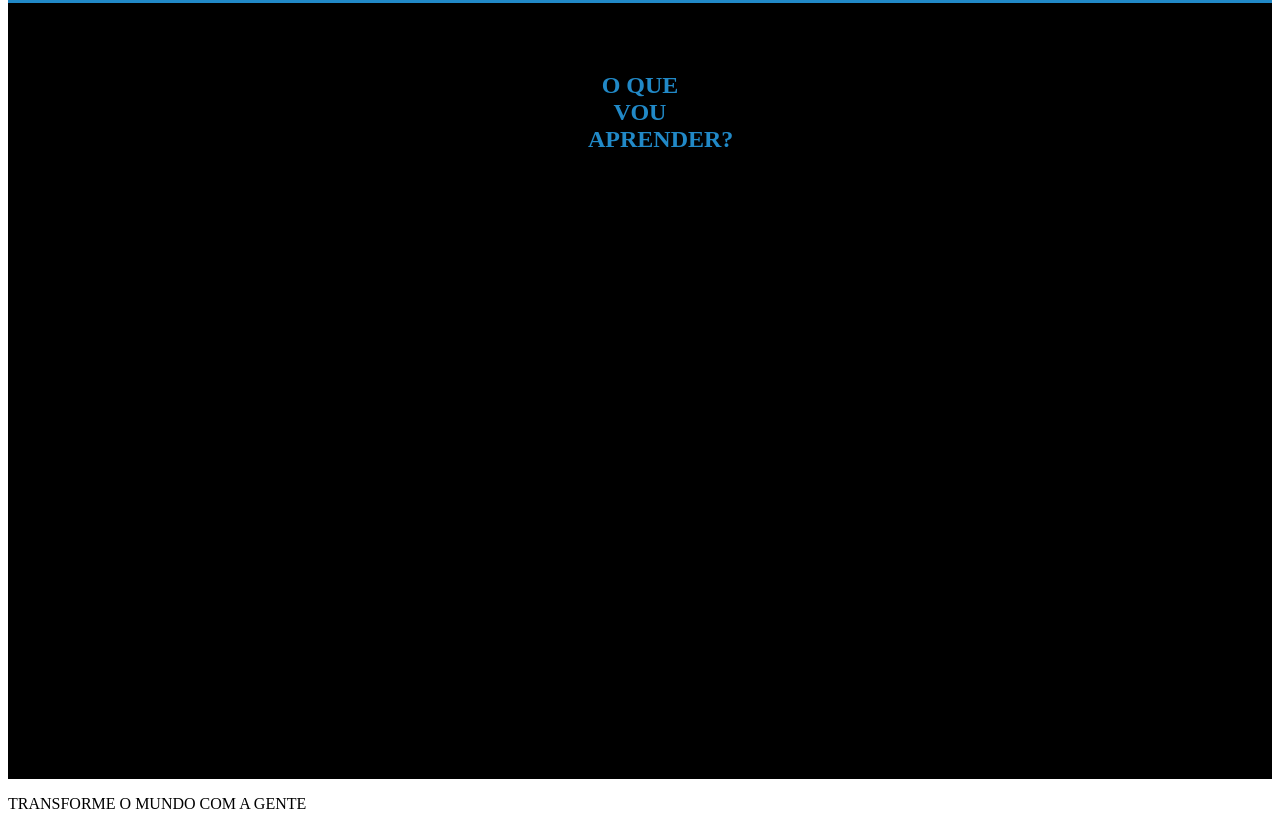
Repository: gustavotwist/trilha-css-desafio-01
Page: index.html
These files come from the project's save history. The page is drawn as it stood at one moment and after the next save; the edit follows.
The browser window is 1280 px wide. The pictures show the part of the page from y = 449 to 1262 px (the page is 2055 px tall).
A picture or video elsewhere on the page could not be fetched, so the positions and the page height are approximate.

Above is the page before, as saved 2024-07-15 18:36:29.

### index.html
<!DOCTYPE html>
<html lang="en">
<head>
  <meta charset="UTF-8">
  <meta http-equiv="X-UA-Compatible" content="IE=edge">
  <meta name="viewport" content="width=device-width, initial-scale=1.0">
  <title>Trilha de CSS - DIO</title>
  <link rel="stylesheet" href="global.css">
</head>
<body>
  <header class="banner">
    <div class="banner-content">
      <div class="logo">
        <img src="assets/images/logo.png" title="Logotipo Trilha de CSS DIO" alt="Logotipo Trilha de CSS DIO">
      </div>
      <h1>Trilha de CSS da DIO</h1>
      <p>A nova Trilha de CSS da DIO está disponível. Acesse já e aprenda do zero como desenvolver sites profissionais.</p>
      <button>Quero me inscrever</button>
    </div>
  </header>
  <main>
    <section id="course-content">
      <h2>O que vou aprender?</h2>
      <p>
        Temos 3 módulos recheados de conteúdos do básico ao avançado para que você aprenda a
        desenvolver sites profissionais utilizando somente HTML e CSS: sem nenhuma biblioteca ou framework a mais.
      </p>
      <div class="modules-list">
        <div class="module">
          <span>Módulo 01:</span> primeiros passos com CSS
        </div>
        <div class="module">
          <span>Módulo 02:</span> trabalhando com layouts no CSS
        </div>
        <div class="module">
          <span>Módulo 03:</span> refinando os estilos CSS das nossas páginas
        </div>
      </div>
    </section>
    <section id="transform-world">
      <p>TRANSFORME O MUNDO COM A GENTE</p>
    </section>
    <section id="professional-challenges">
      <h2>Evolua e encare novos desafios profissionais</h2>
      <img src="assets/images/professional-challenges.png" title="Homem lendo depoimentos em um tablet" alt="Homem lendo depoimentos em um tablet">
      <p>
        Junte-se ao nosso ecossistema e transforme o mundo com a gente! Todos os dias dezenas de empresas
        acessam a nossa plataforma em busca dos talentos mais criativos, dinâmicos e colaborativos,
        além do conhecimento técnico.
        A nossa missão é te preparar para que você conecte-se com as melhores oportunidades.
      </p>
    </section>
  </main>
  <footer>
    <img class="dio-logo" src="assets/images/dio-logo.png" title="Logotipo DIO com o texto make the change" alt="Logotipo DIO com o texto make the change">
    <p>Acesse <a href="https://dio.me">dio.me</a> e se cadastre agora</p>
  </footer>
</body>
</html>

### global.css
.banner {
    background:url('/assets/images/banner.png'), no-repeat, linear-gradient(to bottom, #030709, #030709 10%, #0a1b23 50%, #030709 95%);
    color:white;
}

h1, h2 {
    color:#2189c7;
    text-transform:uppercase;
}

.banner-content {
    text-align:center;
    padding:70px;
    margin-bottom:30px;
}

.logo img{
    width:180px;
    radial-gradient(#030709, #061216);
}

button {
   background-color:transparent;
   color:#2189c7;
   border:solid #2189c7;
   padding:1em;
   width:22em;
   text-transform:uppercase;
   word-spacing:2px;
}

#course-content{
    border-top: solid  #2189c7;
    margin-top: -30px;
    padding:50px 580px;
    text-align:center;
    background-color:#000000;
}

section p{
    background-color:;
}


.modules-list {

}

After the next save:
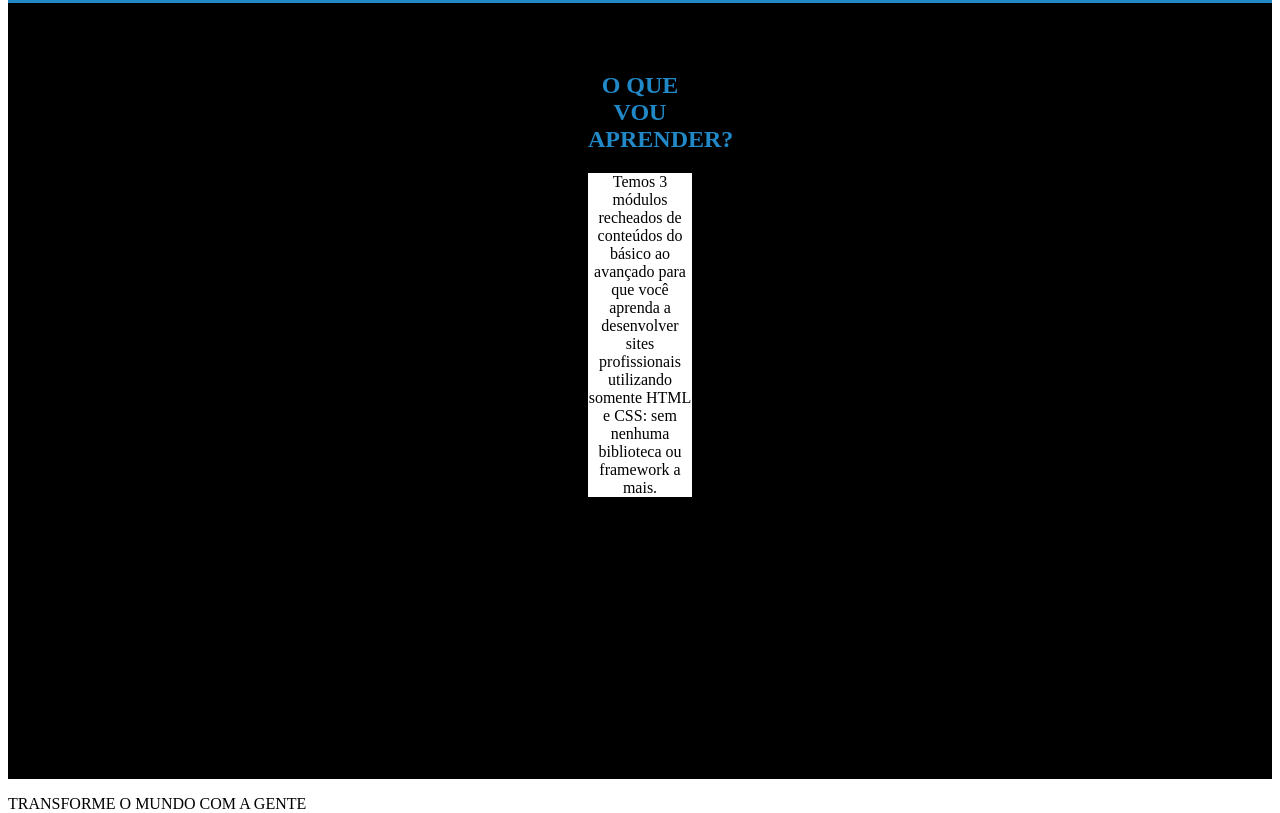
Saved 4 s later.
--- a/global.css
+++ b/global.css
@@ -38,7 +38,7 @@ button {
 }
 
 section p{
-    background-color:;
+    background-color:white;
 }
 
 
